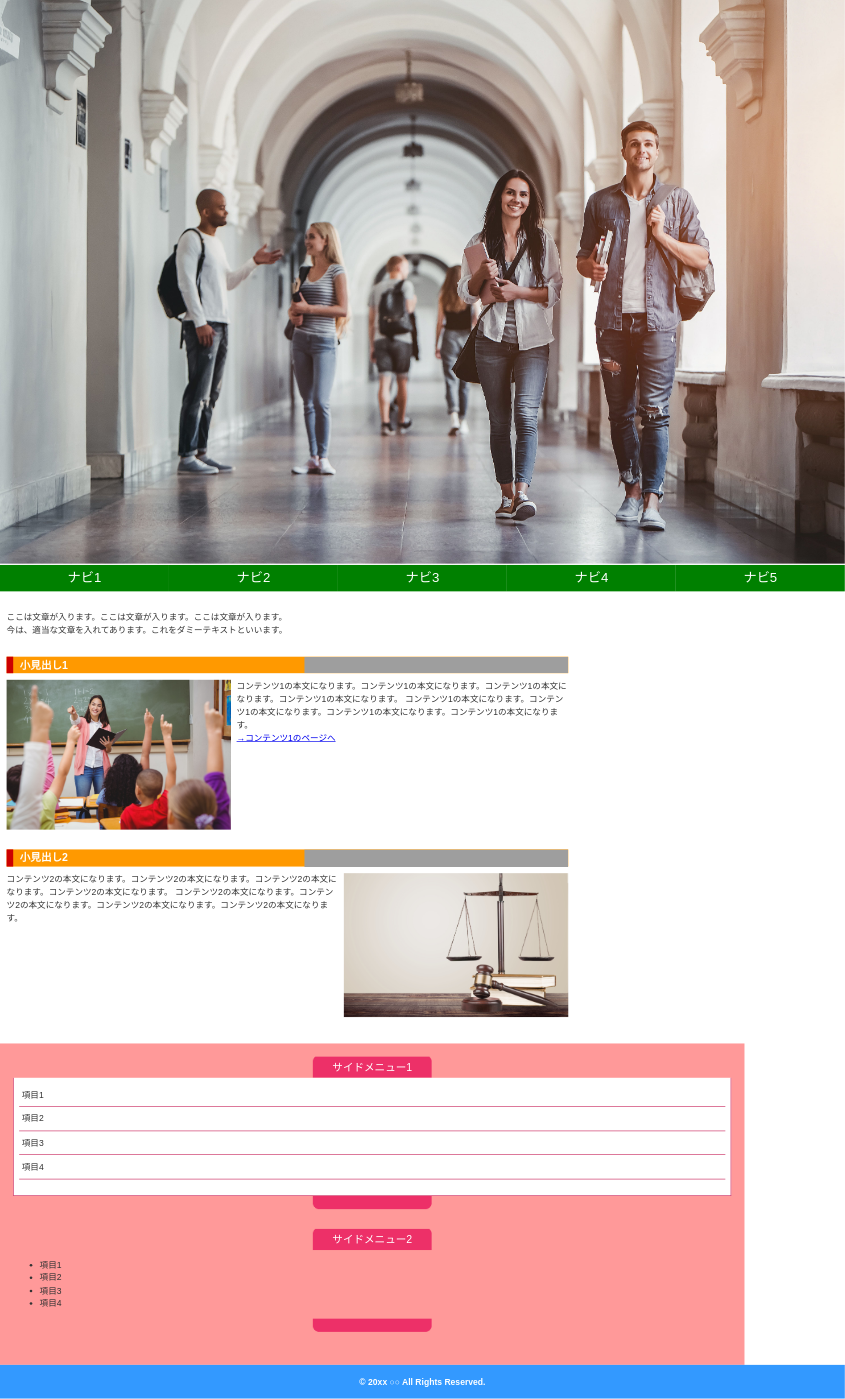
Repository: masa-b24/samurai_HTML-CSS
Page: home.html
The author's editor kept a record of every edit. The page is drawn from the files as they stood at one moment, then again after the next edit.
The browser window is 1280 px wide. The pictures show the whole page, at 66% of full size.
Pictures or frames that could not be fetched are drawn as grey boxes.

Above is the page before.

After the next edit:
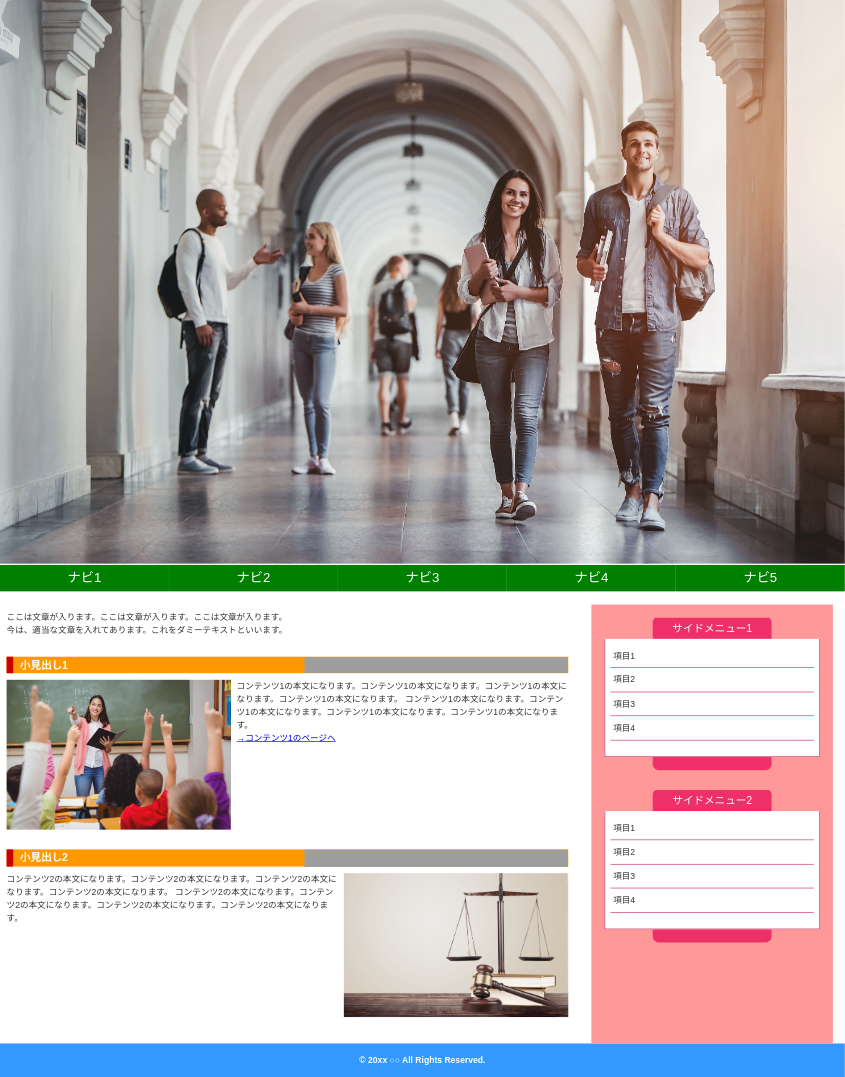
The edit:
--- a/home.html
+++ b/home.html
@@ -7,70 +7,69 @@
     </head>
     <body>
         <div id="header">
-          <h1><a href="index.html"><img id="corridor" src="images/corridor.jpg" alt="大学の廊下" /></a></h1>
+            <h1><a href="index.html"><img id="corridor" src="images/corridor.jpg" alt="大学の廊下" /></a></h1>
         </div>
-
         <div id="wrapper">
-          <div id="nav">
-            <ul>
-              <li><a href="home.html">ナビ1</a></li>
-              <li><a href="#">ナビ2</a></li>
-              <li><a href="#">ナビ3</a></li>
-              <li><a href="#">ナビ4</a></li>
-              <li><a href="#">ナビ5</a></li>
-            </ul>
-          </div>
+            <div id="nav">
+                <ul>
+                    <li><a href="home.html">ナビ1</a></li>
+                    <li><a href="#">ナビ2</a></li>
+                    <li><a href="#">ナビ3</a></li>
+                    <li><a href="#">ナビ4</a></li>
+                    <li><a href="#">ナビ5</a></li>
+                </ul>
+            </div>
             <div id="container">
-              <div id="main">
-                <div class="post">
-                  <p>ここは文章が入ります。ここは文章が入ります。ここは文章が入ります。<br />今は、適当な文章を入れてあります。これをダミーテキストといいます。</p>
+                <div id="main">
+                    <div class="post">
+                        <p>ここは文章が入ります。ここは文章が入ります。ここは文章が入ります。<br />今は、適当な文章を入れてあります。これをダミーテキストといいます。</p>
+                    </div>
+                    <div class="post clearfix">
+                        <h2>小見出し1</h2>
+                        <img class="left" src="images/classroom.jpg" alt="授業風景" />
+                        <p>
+                            コンテンツ1の本文になります。コンテンツ1の本文になります。コンテンツ1の本文になります。コンテンツ1の本文になります。
+                            コンテンツ1の本文になります。コンテンツ1の本文になります。コンテンツ1の本文になります。コンテンツ1の本文になります。
+                        </p>
+                        <p><a href="#">→コンテンツ1のページへ</a></p>
+                    </div>
+                    <div class="post clearfix">
+                        <h2>小見出し2</h2>
+                        <img class="right" src="images/scale.jpg" alt="天秤" />
+                        <p>
+                            コンテンツ2の本文になります。コンテンツ2の本文になります。コンテンツ2の本文になります。コンテンツ2の本文になります。
+                            コンテンツ2の本文になります。コンテンツ2の本文になります。コンテンツ2の本文になります。コンテンツ2の本文になります。
+                        </p>
+                    </div>
                 </div>
-                <div class="post clearfix">
-                  <h2>小見出し1</h2>
-                  <img class="left" src="images/classroom.jpg" alt="授業風景" />
-                  <p>
-                      コンテンツ1の本文になります。コンテンツ1の本文になります。コンテンツ1の本文になります。コンテンツ1の本文になります。
-                      コンテンツ1の本文になります。コンテンツ1の本文になります。コンテンツ1の本文になります。コンテンツ1の本文になります。
-                  </p>
-                  <p><a href="#">→コンテンツ1のページへ</a></p>
+                <div id="side">
+                    <div class="box">
+                        <h2>サイドメニュー1</h2>
+                        <div class="boxBody">
+                            <ul>
+                                <li>項目1</li>
+                                <li>項目2</li>
+                                <li>項目3</li>
+                                <li>項目4</li>
+                            </ul>
+                        </div>
+                    </div>
+                    <div class="box">
+                        <h2>サイドメニュー2</h2>
+                        <div class="boxBody">
+                            <ul>
+                                <li>項目1</li>
+                                <li>項目2</li>
+                                <li>項目3</li>
+                                <li>項目4</li>
+                            </ul>
+                        </div>
+                    </div>
                 </div>
-                <div class="post clearfix">
-                  <h2>小見出し2</h2>
-                  <img class="right" src="images/scale.jpg" alt="天秤" />
-                  <p>
-                      コンテンツ2の本文になります。コンテンツ2の本文になります。コンテンツ2の本文になります。コンテンツ2の本文になります。
-                      コンテンツ2の本文になります。コンテンツ2の本文になります。コンテンツ2の本文になります。コンテンツ2の本文になります。
-                  </p>
-                </div>
-              </div>
             </div>
-              <div id="side">
-                <div class="box">
-                  <h2>サイドメニュー1</h2>
-                  <div class="boxBody">
-                    <ul>
-                      <li>項目1</li>
-                      <li>項目2</li>
-                      <li>項目3</li>
-                      <li>項目4</li>
-                    </ul>
-                  </div>
-                </div>
-                <div class="box">
-                  <h2>サイドメニュー2</h2>
-                  <div class="boxbody">
-                    <ul>
-                      <li>項目1</li>
-                      <li>項目2</li>
-                      <li>項目3</li>
-                      <li>項目4</li>
-                    </ul>
-                  </div>
-                </div>
-              </div>
         </div>
         <div id="footer">
-          <p>&copy; 20xx ○○ All Rights Reserved.</p>
+            <p>&copy; 20xx ○○ All Rights Reserved.</p>
         </div>
     </body>
 </html>
